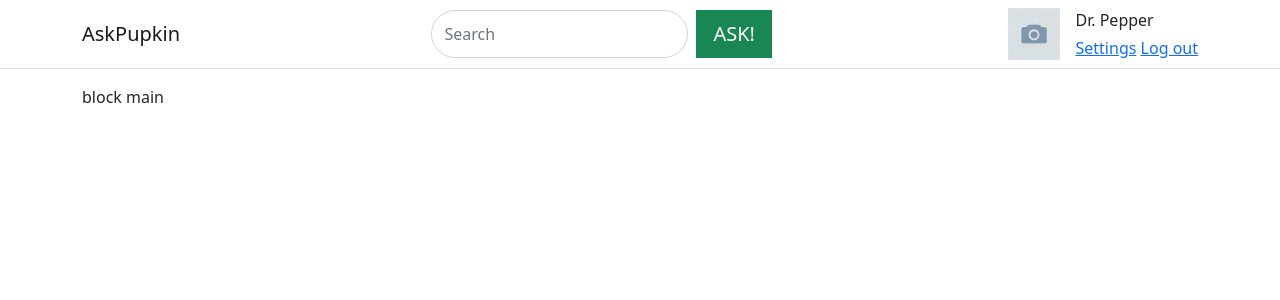
Repository: MiniDan21/askme_molchanov_django
Page: http://localhost/tag/JS
An editor plug-in stored every save of this project. The page is shown before and after a run of saves, followed by the edit.
The browser window is 1280 px wide. The pictures show the whole page.
The page is served by the project's application, run on Django 5.2 (manage.py).

Above is the page before, as saved 2024-04-09 18:28:43.

After the next 2 saves:
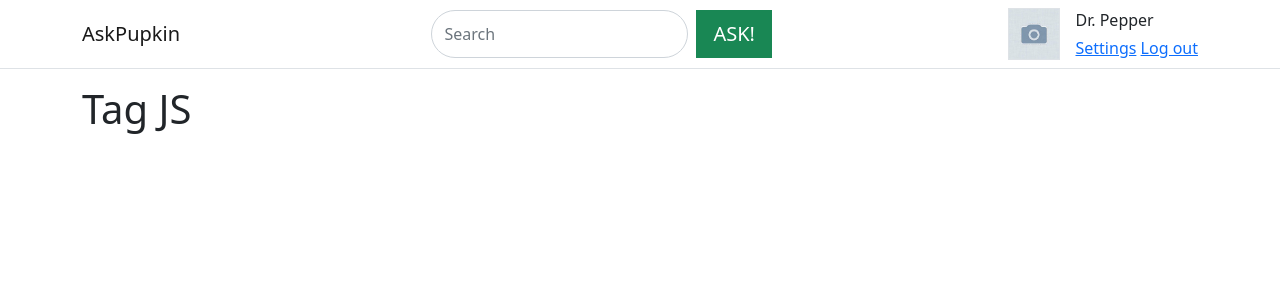
The 2 saves are shown as one change because 1 did not build or start.
The last was saved 36 s later.
--- a/templates/tag.html
+++ b/templates/tag.html
@@ -1,5 +1,7 @@
 {% extends 'layouts/base.html' %}
 
+{% block main %}
 <div class="d-flex gap-3 align-items-center">
     <h1>Tag {{tag}}</h1>
 </div>
+{% endblock %}
